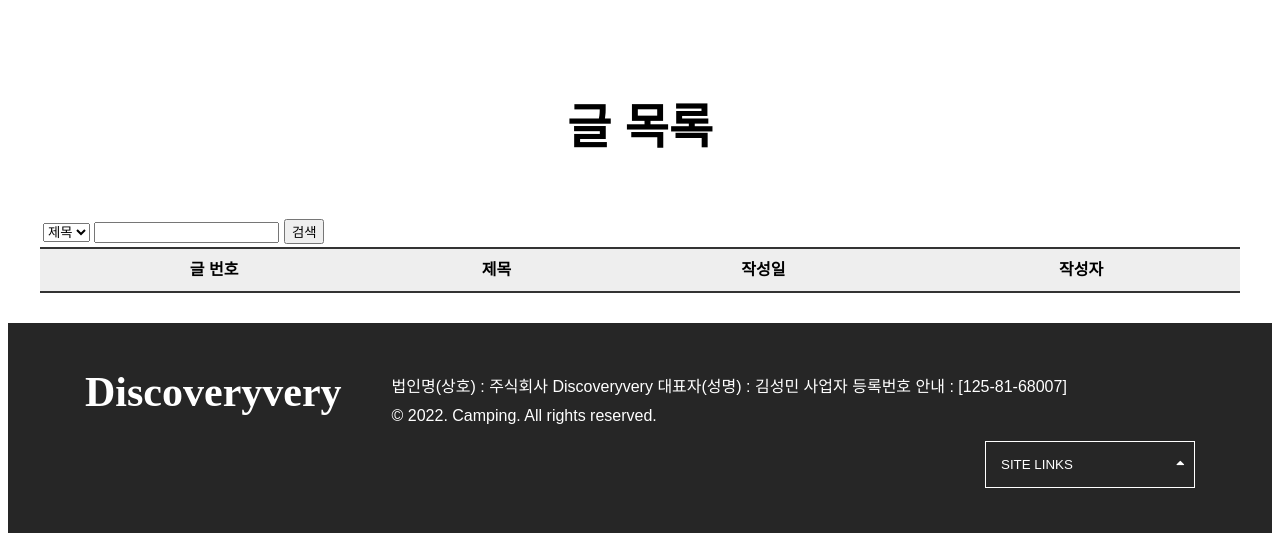
Repository: star-min/jsp_basic
Page: http://localhost/web05/WEB-INF/views/board/boardList.jsp
The author's editor kept a copy of each file at every save. The page is drawn from the files as they stood at one save, then again after the next save.
The browser window is 1280 px wide. The pictures show the part of the page from y = 558 to 1339 px (the page is 1099 px tall before and 1339 px after).
Some web fonts or font styles are not loaded; a fallback is used. Some web libraries are served in a nearby version. The page is served by Tomcat 9. Nobody is signed in. The template is opened directly, without the code that normally fills it, so the values that code supplies are empty.

Above is the page before, as saved 2022-06-30 05:12:18.

After the next save:
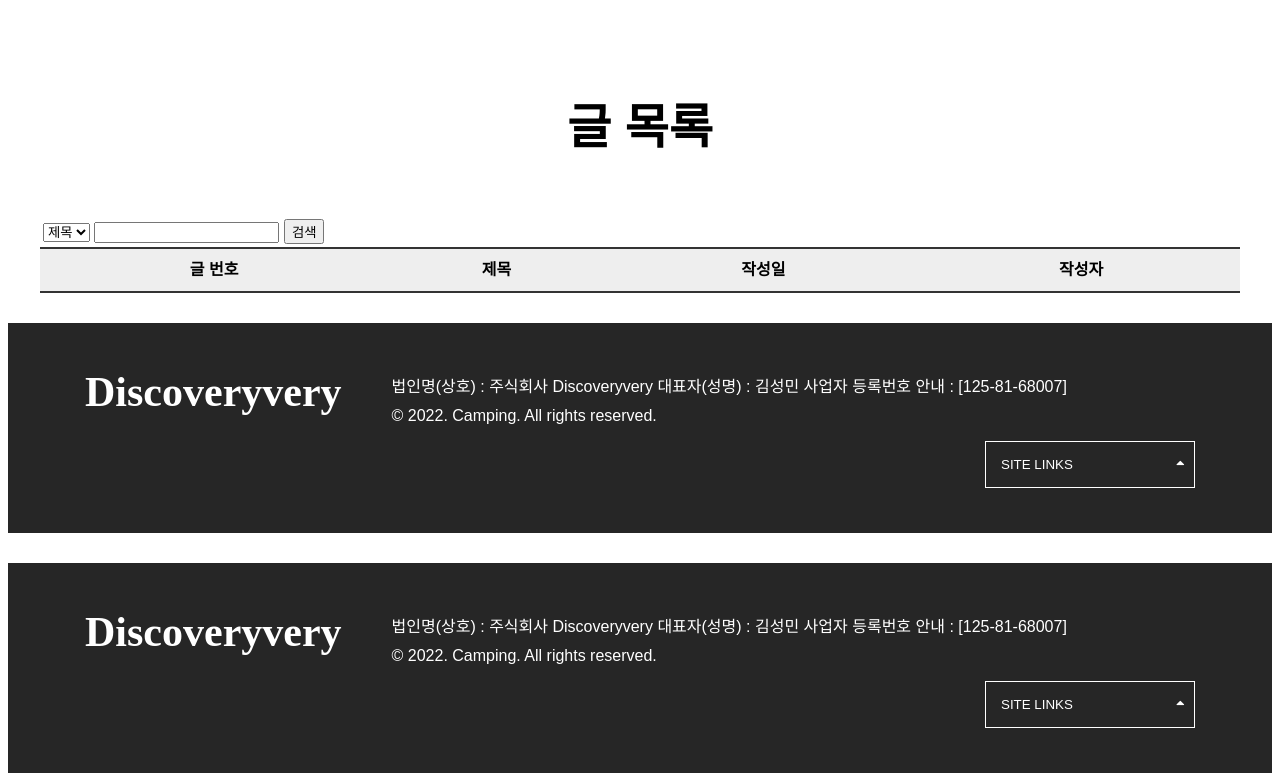
Saved 12 s later.
--- a/jsp3/web05/src/main/webapp/WEB-INF/views/board/boardList.jsp
+++ b/jsp3/web05/src/main/webapp/WEB-INF/views/board/boardList.jsp
@@ -93,6 +93,7 @@
 </article>
 <footer id="footer" class="footer">
 	<%@ include file="../inc/footer.jsp" %>
+	<jsp:include page="../inc/footer.jsp"></jsp:include>
 </footer>
 </div>
 </body>
